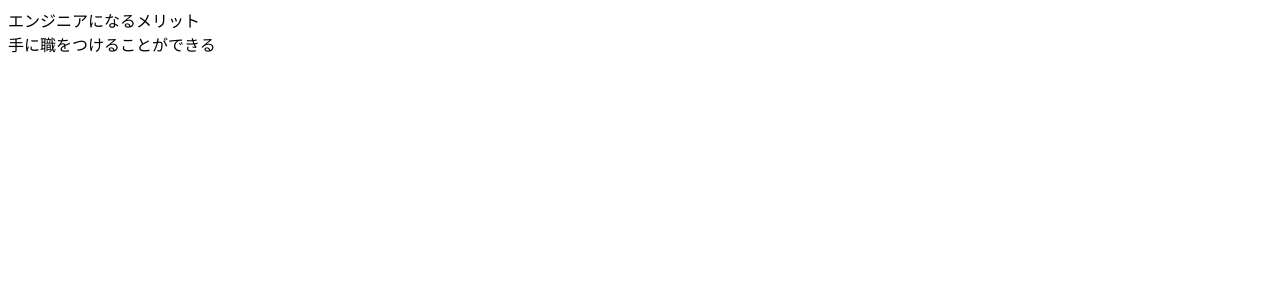
Repository: m-mao/firsa_app
Page: html_css/output_htmcss/output3.html
The author's editor kept a record of every edit. The page is drawn from the files as they stood at one moment, then again after the next edit.
The browser window is 1280 px wide. The pictures show the whole page.

Above is the page before.

### html_css/output_htmcss/output3.html
<!DOCTYPE HTML>
<html>
  <head>
    <meta charset="UTF-8">
    <title>チームアウトプット</title>
  </head>
  <body>
    <header>
      エンジニアになるメリット
    </header>
    <div class="contents">
    </div>
        <div class="benefit1">
            手に職をつけることができる
        </div>
        <div class="benefit2">
        </div>
        <div class="benefit3">
        </div>
  </body>
</html>

After the next edit:
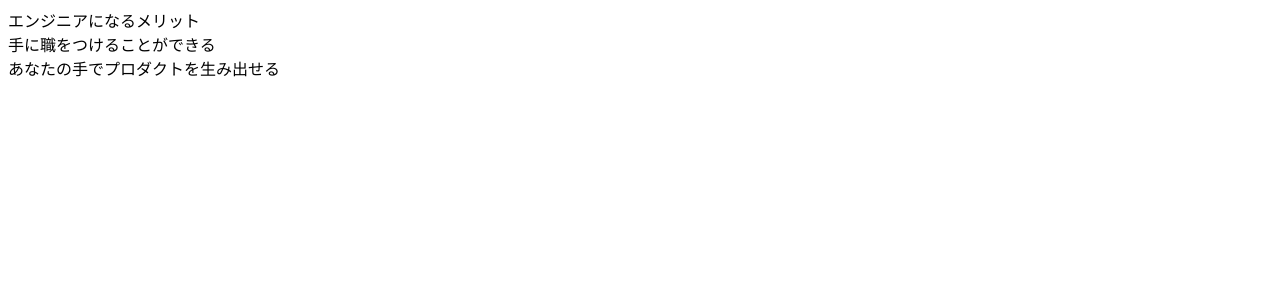
The edit:
--- a/html_css/output_htmcss/output3.html
+++ b/html_css/output_htmcss/output3.html
@@ -14,6 +14,7 @@
             手に職をつけることができる
         </div>
         <div class="benefit2">
+            あなたの手でプロダクトを生み出せる
         </div>
         <div class="benefit3">
         </div>
